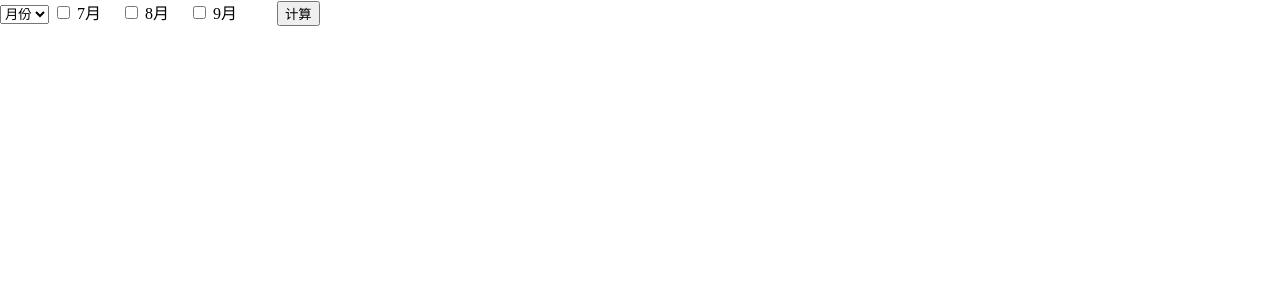
Repository: laiwenfeng/Luosu
Page: app/view/monthdata.html
The author's editor kept a copy of each file at every save. The page is drawn from the files as they stood at one save, then again after the next save.
The browser window is 1280 px wide. The pictures show the whole page.

Above is the page before, as saved 2020-10-10 09:39:20.

### app/view/monthdata.html
<!-- app/view/monthdata.html -->
<html>

    <head>
        <title>monthdata.html</title>
        <style>
            html,
            body {
                width: 100%;
                margin: 0%;
                padding: 0%;
            }
        </style>
    </head>
    <script src="../public/js/jQuery/jquery.min.js"></script>

    <body>
        <div>
            <select id="datetype">
                <option value="month">月份</option>
                <option value="season">季度</option>
            </select>
            <input id="month7" name="month" type="checkbox" value="7" />
            <label for="month7">7月</label>&nbsp;&nbsp;&nbsp;&nbsp;
            <input id="month8" name="month" type="checkbox" value="8" />
            <label for="month8">8月</label>&nbsp;&nbsp;&nbsp;&nbsp;
            <input id="month9" name="month" type="checkbox" value="9" />
            <label for="month9">9月</label>&nbsp;&nbsp;&nbsp;&nbsp;
            <input id="season3" name="season" type="checkbox" value="7,8,9" hidden/>
            <label for="month9" hidden>Q3（7，8，9）</label>&nbsp;&nbsp;&nbsp;&nbsp;
            <button onclick="Monthdata()">计算</button>
        </div>
        <div id="monthdata"></div>
    </body>

</html>
<script type="text/javascript">
    // 封装获取 cookie 的方法
    function getCookie(name) {
        var arr, reg = new RegExp("(^| )" + name + "=([^;]*)(;|$)");
        if (arr = document.cookie.match(reg))
            return unescape(arr[2]);
        else
            return null;
    }

    function Monthdata() {
        let month = []
        $("input[name=month]:checked").each(function () {
            month.push(this.value)
        })

        $.ajax({
            url: '/monthdata/monthdata',
            type: 'get',
            data: { "months": month.join(",") },
            headers: {
                // 前后端不分离的情况加每次打开客户端，egg会直接在客户端的 Cookie 中写入密钥 ，密钥的 Key 就是 'scrfToken' 这个字段，所以直接获取就好了
                'x-csrf-luosu-token': getCookie("csrfToken"),
            },
            dataType: "json",
            success: ShowTimeList
        })
    }


    function ShowTimeList(finaldata){
        let SendData = SendDataInit(finaldata)
        document.getElementById('monthdata').innerHTML = SendData["html"]
    }


    function SendDataInit(grlist) {
        const PersonFilter = ["张思轶", "高进", "褚锦涛", "陈敬波", "蒋超"]

        let deptObj = {
            "前端开发组": "技术开发部",
            "服务开发组": "技术开发部",
            "架构组": "技术开发部",
            "测试组": "运维测试部"
        }

        let tempAry = []
        for (let i in grlist) {
            let { name } = grlist[i]
            if (PersonFilter.indexOf(name) == -1) {
                tempAry.push(grlist[i])
            }
        }

        tempAry.sort(function (a, b) {
            let ace = parseFloat(a["cehstime"]), bce = parseFloat(b["cehstime"])
            if (ace >= bce) {
                return -1
            }
            return 1
        })

        let alltime = 0, jstime = 0, cstime = 0, alltemp = 0, jstemp = 0, cstemp = 0, allrank = 1, jsrank = 1, csrank = 1
        let table = "<table id='tablestyle'>"
            + "<tr class='header'><td><b>责任人</b></td><td><b>核算工时</b></td><td><b>标准工时</b></td><td><b>个人超额工时</b></td><td><b>全体排名(个人)</b></td><td><b>部门排名(个人)</b></td><td><b>备注(个人)</b></td><td><b>超额工时(团队)</b></td><td><b>超额工时(个人+团队)</b></td></tr>"

        for (let i in tempAry) {
            let cehstime = parseFloat(tempAry[i]["cehstime"])
            let bztime = parseFloat(tempAry[i]["bztime"])
            let dept = tempAry[i]["dept"]
            let cepercent = cehstime * 100 / bztime

            if (alltime != cehstime) {
                alltime = cehstime
                allrank += alltemp
                alltemp = 1
            }
            else {
                alltemp++
            }
            if (deptObj[dept] == "技术开发部") {
                if (jstime != cehstime) {
                    jstime = cehstime
                    jsrank += jstemp
                    jstemp = 1
                }
                else {
                    jstemp++
                }
            }
            else if (deptObj[dept] == "运维测试部") {
                if (cstime != cehstime) {
                    cstime = cehstime
                    csrank += cstemp
                    cstemp = 1
                }
                else {
                    cstemp++
                }
            }

            tempAry[i]['rank'] = allrank
            tempAry[i]['deptrank'] = deptObj[dept] == "技术开发部" ? jsrank : csrank

            let remark = ""
            if (cepercent <= -5) {
                remark = "亲爱的小伙伴，你上周的工时未达标，可以联系你的小组长申请额外任务哦！"
            }
            else if (cepercent > -5 && cepercent < 0) {
                remark = "亲爱的小伙伴，你上周的工时未达标，这周还需加油工作才可以拿到奖励哦！"
            }
            else if (cepercent == 0) {
                remark = "亲爱的小伙伴，你上周的工时刚刚好达标，继续努力工作就可以拿到额外奖励哦！"
            }
            else if (cepercent > 0 && cepercent < 5) {
                remark = "亲爱的小伙伴，做得不错！你上周的工时已超额，祝贺你拿到额外奖励，新的一周继续努力吧！"
            }
            else if (cepercent >= 5 && cepercent < 10) {
                remark = "亲爱的小伙伴，做得不错！你上周的工时超额大于等于5%，丰厚的额外奖励在等着你！继续加油！"
            }
            else if (cepercent >= 10 && cepercent < 15) {
                let rankremark = "名列团队辛勤榜前茅"
                if (allrank == 1) {
                    rankremark = "荣登团队辛勤榜榜首"
                }
                remark = "亲爱的小伙伴，你辛苦了！你上周的工时超额大于等于10%，" + rankremark + "，即将收获属于自己的丰厚奖励！继续加油！"
            }
            else if (cepercent >= 15) {
                let rankremark = "名列团队辛勤榜前茅"
                if (allrank == 1) {
                    rankremark = "荣登团队辛勤榜榜首"
                }
                remark = "亲爱的小伙伴，你辛苦了！你上周的工时超额大于等于15%，" + rankremark + "，即将收获属于自己的丰厚奖励！继续加油！"
            }

            tempAry[i]['remark'] = remark

            table += "<tr><td>" + tempAry[i]["name"] + "</td><td>" + tempAry[i]["hstime"] + "</td><td>" + tempAry[i]["bztime"] + "</td><td>" + tempAry[i]["cehstime"]
                + "</td><td>" + tempAry[i]["rank"] + "</td><td>" + tempAry[i]["deptrank"] + "</td><td>" + tempAry[i]["remark"] + "</td><td>" + tempAry[i]["teamtime"]
                + "</td><td>" + tempAry[i]["cehstimetotal"] + "</td></tr>"
        }
        table += "</table>"

        return { "html": table, "grlist": tempAry }
    }
</script>

Loaded but not shown: app/public/js/jQuery/jquery.min.js (library)

After the next save:
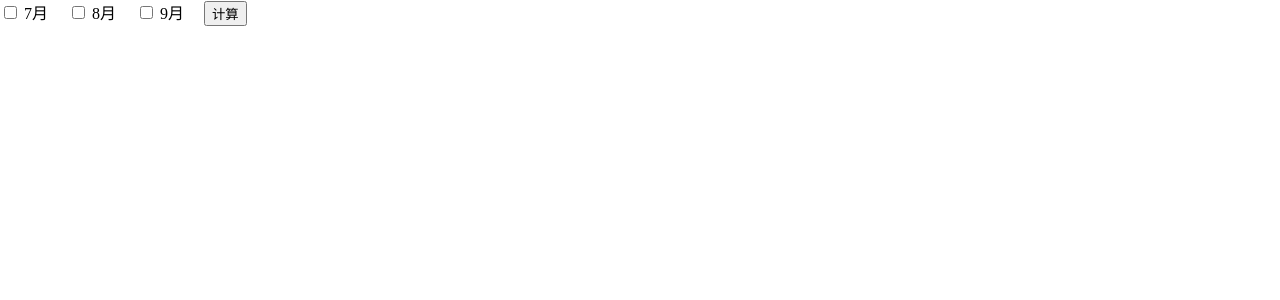
Saved 6 min 5 s later.
--- a/app/view/monthdata.html
+++ b/app/view/monthdata.html
@@ -16,18 +16,12 @@
 
     <body>
         <div>
-            <select id="datetype">
-                <option value="month">月份</option>
-                <option value="season">季度</option>
-            </select>
             <input id="month7" name="month" type="checkbox" value="7" />
-            <label for="month7">7月</label>&nbsp;&nbsp;&nbsp;&nbsp;
+            <label for="month7" >7月</label>&nbsp;&nbsp;&nbsp;&nbsp;
             <input id="month8" name="month" type="checkbox" value="8" />
             <label for="month8">8月</label>&nbsp;&nbsp;&nbsp;&nbsp;
             <input id="month9" name="month" type="checkbox" value="9" />
             <label for="month9">9月</label>&nbsp;&nbsp;&nbsp;&nbsp;
-            <input id="season3" name="season" type="checkbox" value="7,8,9" hidden/>
-            <label for="month9" hidden>Q3（7，8，9）</label>&nbsp;&nbsp;&nbsp;&nbsp;
             <button onclick="Monthdata()">计算</button>
         </div>
         <div id="monthdata"></div>
@@ -65,12 +59,17 @@
 
 
     function ShowTimeList(finaldata){
-        let SendData = SendDataInit(finaldata)
+        let month = []
+        $("input[name=month]:checked").each(function () {
+            month.push(this.value)
+        })
+
+        let SendData = SendDataInit(finaldata, month)
         document.getElementById('monthdata').innerHTML = SendData["html"]
     }
 
 
-    function SendDataInit(grlist) {
+    function SendDataInit(grlist, month) {
         const PersonFilter = ["张思轶", "高进", "褚锦涛", "陈敬波", "蒋超"]
 
         let deptObj = {
@@ -140,33 +139,33 @@
 
             let remark = ""
             if (cepercent <= -5) {
-                remark = "亲爱的小伙伴，你上周的工时未达标，可以联系你的小组长申请额外任务哦！"
+                remark = "亲爱的小伙伴，你["+month.join("月,")+"]的工时总和未达标，可以联系你的小组长申请额外任务哦！"
             }
             else if (cepercent > -5 && cepercent < 0) {
-                remark = "亲爱的小伙伴，你上周的工时未达标，这周还需加油工作才可以拿到奖励哦！"
+                remark = "亲爱的小伙伴，你["+month.join("月,")+"]的工时总和未达标，接下来还需加油工作才可以拿到奖励哦！"
             }
             else if (cepercent == 0) {
-                remark = "亲爱的小伙伴，你上周的工时刚刚好达标，继续努力工作就可以拿到额外奖励哦！"
+                remark = "亲爱的小伙伴，你["+month.join("月,")+"]的工时总和刚刚好达标，继续努力工作就可以拿到额外奖励哦！"
             }
             else if (cepercent > 0 && cepercent < 5) {
-                remark = "亲爱的小伙伴，做得不错！你上周的工时已超额，祝贺你拿到额外奖励，新的一周继续努力吧！"
+                remark = "亲爱的小伙伴，做得不错！你["+month.join("月,")+"]的工时总和已超额，祝贺你拿到额外奖励，继续努力吧！"
             }
             else if (cepercent >= 5 && cepercent < 10) {
-                remark = "亲爱的小伙伴，做得不错！你上周的工时超额大于等于5%，丰厚的额外奖励在等着你！继续加油！"
+                remark = "亲爱的小伙伴，做得不错！你["+month.join("月,")+"]的工时总和超额大于等于5%，丰厚的额外奖励在等着你！继续加油！"
             }
             else if (cepercent >= 10 && cepercent < 15) {
                 let rankremark = "名列团队辛勤榜前茅"
                 if (allrank == 1) {
                     rankremark = "荣登团队辛勤榜榜首"
                 }
-                remark = "亲爱的小伙伴，你辛苦了！你上周的工时超额大于等于10%，" + rankremark + "，即将收获属于自己的丰厚奖励！继续加油！"
+                remark = "亲爱的小伙伴，你辛苦了！你["+month.join("月,")+"]的工时总和超额大于等于10%，" + rankremark + "，即将收获属于自己的丰厚奖励！继续加油！"
             }
             else if (cepercent >= 15) {
                 let rankremark = "名列团队辛勤榜前茅"
                 if (allrank == 1) {
                     rankremark = "荣登团队辛勤榜榜首"
                 }
-                remark = "亲爱的小伙伴，你辛苦了！你上周的工时超额大于等于15%，" + rankremark + "，即将收获属于自己的丰厚奖励！继续加油！"
+                remark = "亲爱的小伙伴，你辛苦了！你["+month.join("月,")+"]的工时总和超额大于等于15%，" + rankremark + "，即将收获属于自己的丰厚奖励！继续加油！"
             }
 
             tempAry[i]['remark'] = remark
